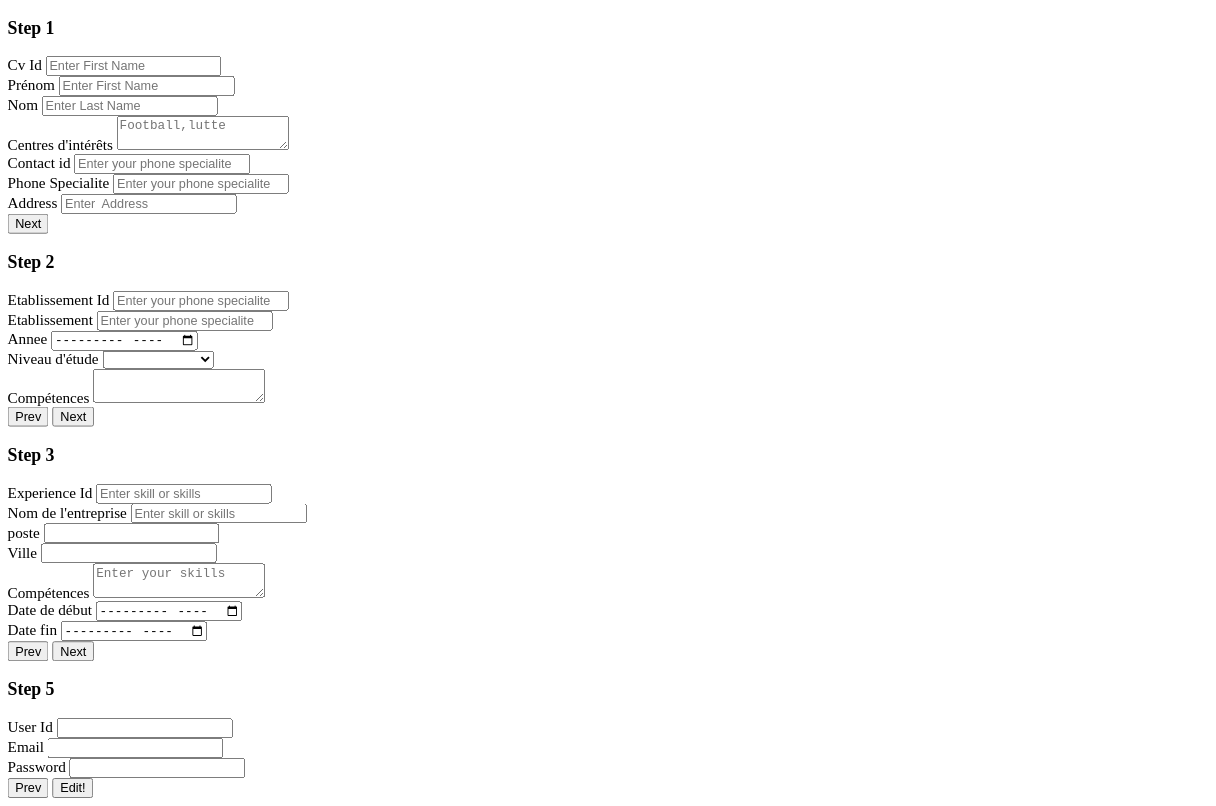
Repository: moAllElite/Examen-EJB-WEB-EAR
Page: http://localhost/SearchJobsWeb/views/edit/form.jsp
The author's editor kept a copy of each file at every save. The page is drawn from the files as they stood at one save, then again after the next save.
The browser window is 1280 px wide. The pictures show the whole page, at 95% of full size.
The page is served by Tomcat 9. Nobody is signed in. The application's start-up code is not run. Other server files are loaded and not shown. The template is opened directly, without the code that normally fills it, so the values that code supplies are empty.

Above is the page before, as saved 2023-03-27 00:45:24.

### SearchJobsWeb/src/main/webapp/views/edit/form.jsp
<%@ page language="java" contentType="text/html; charset=ISO-8859-1"
    pageEncoding="ISO-8859-1"%>
<!DOCTYPE html>
<html>
<head>
<meta charset="ISO-8859-1">
<title>Insert title here</title>
</head>
<body>
	  <div class="row setup-content" id="step-1">
            <div class="col-xs-12">
                <div class="col-md-12">
                    <h3> Step 1</h3>
                       <div class="form-group">
                        <label class="control-label">Cv Id</label>
                        <input value='${cv.id}'  type="number" name="cv_id" readonly="readonly" class="form-control" placeholder="Enter First Name"  />
                    </div>
                    <div class="form-group">
                        <label class="control-label">Prénom</label>
                        <input value='${cv.prenom}'  type="text" name="nom" required="required" class="form-control" placeholder="Enter First Name"  />
                    </div>
                    <div class="form-group">
                        <label class="control-label">Nom</label>
                        <input name="prenom" value='${ cv.nom}' type="text" required="required" class="form-control" placeholder="Enter Last Name" />
                    </div>
                    <div class="form-group">
                        <label class="control-label">Centres d'intérêts</label>
                        <textarea name="interets" maxlength="200" value="" type="text" required="required" class="form-control" placeholder="Football,lutte" >${cv.interets}</textarea>
                    </div>
                    <div class="form-group">
                        <label class="control-label">Contact id</label>
                        <input name="contact_id" value='${contact.id}' type="id" readonly="readonly"  class="form-control" placeholder="Enter your phone specialite"  required="required"/>
                    </div>
                      <div class="form-group">
                        <label class="control-label">Phone Specialite</label>
                        <input name="telephone" value='${contact.telephoneSpecialite}' type="tel"  class="form-control" placeholder="Enter your phone specialite"  required="required"/>
                    </div>
                    <div class="form-group">
                        <label class="control-label"> Address</label>
                        <input name="adresse" value='${contact.adresse }' type="text" required="required" class="form-control" placeholder="Enter  Address"  />
                    </div>
                    <button class="btn btn-primary nextBtn btn-lg pull-right" type="button" >Next</button>
                </div>
            </div>
        </div>
        <div class="row setup-content" id="step-2">
            <div class="col-xs-12">
                <div class="col-md-12">
                    <h3> Step 2</h3>
                      <div class="form-group">
                        <label class="control-label">Etablissement Id</label>
                        <input name="ecole_id" value='<c:out value="${form.id}"></c:out>'	type="number" readonly="readonly"	required="required" class="form-control" placeholder="Enter your phone specialite" />
                    </div>
                    <div class="form-group">
                        <label class="control-label">Etablissement</label>
                        <input name="ecole" value='${form.ecole}'	type="text" required="required" class="form-control" placeholder="Enter your phone specialite" />
                    </div>
                    <div class="form-group">
                        <label class="control-label"> Annee</label>
                        <input name="annee" value='${form.annee}' type="month" required="required" class="form-control" placeholder="Enter  Address"  />
                    </div>
                  <div class="form-group">
                       <label class="control-label " for="education">Niveau d'étude</label>
						<select id="education"  name="niveauEtude" required="required" class="form-control">
						  <option value="${form.niveauEtude}">${form.niveauEtude}</option>
						  <option value="bac+5">Bac+5 or higher</option>
						  <option value="bac+4">Bac+4</option>
						  <option value="bac+3">Bac+3</option>
						  <option value="bac+2">Bac+2</option>
						  <option value="bac+1">Bac+1</option>
						  <option value="bac">Bac</option>
						</select>
					</div>
					  <div class="form-group">
                        <label class="control-label"> 	Compétences</label>
                        <textarea name="annee"  type="month" required="required" class="form-control"   >${cv.skills }</textarea>
                    </div>
                    <button class="btn btn-default prevBtn btn-lg pull-left" type="button" >Prev</button>
                    <button class="btn btn-primary nextBtn btn-lg pull-right" type="button" >Next</button>
                </div>
            </div>
        </div>
        <div class="row setup-content" id="step-3">
            <div class="col-xs-12">
                <div class="col-md-12">
                    <h3> Step 3</h3>
                     <div class="form-group">
                        <label class="control-label">Experience Id</label>
                        <input name="exp_id" value='${exp.id}' type="text" readonly="readonly" class="form-control" placeholder="Enter skill or skills" />
                    </div>
                    <div class="form-group">
                        <label class="control-label">Nom de l'entreprise</label>
                        <input name="societe" value='${exp.societe}' type="text" required="required" class="form-control" placeholder="Enter skill or skills" />
                    </div>
                    <div class="form-group">
                        <label class="control-label">poste</label>
                        <input name="poste" class="form-control" value='${exp.poste}' required="required" ></input>
                    </div>
                     <div class="form-group mb-3">
                        <label class="control-label">Ville</label>
	                        <input name="ville" class="form-control" ${exp.ville}	type="text"  required="required"></input>
	                 </div>
	                  <div class="form-group">
                        <label class="control-label">Compétences</label>
                        <textarea name="skills" type="text" class="form-control" placeholder="Enter your skills" required="required" ></textarea>
                    </div>
	                  <div class="form-group mb-3">
	                      <label class="control-label m-3" >Date de début<label>
	                    <input name="datefn" class="form-control m-3" value='${exp.datedb}'  type="month" required="required" ></input>
					</div>
					   <div class="form-group">
						<label class="control-label m-3" >Date fin<label>
                        <input   name="datedb" type="month"	class="form-control m-3" value='${exp.datefn}'	 required="required"></input>
                    </div>
                    <button class="btn btn-default prevBtn btn-lg pull-left" type="button" >Prev</button>
                    <button class="btn btn-primary nextBtn btn-lg pull-right" type="button" >Next</button>
                </div>
            </div>
        </div>

        <div class="row setup-content" id="step-5">
        <div class="col-xs-12">
            <div class="col-md-12">
                    <h3> Step 5</h3>
                       <div class="form-group">
                        <label class="control-label">User Id</label>
                        <input name="user_id" maxlength="200" type="number"   value='${user.id}'  readonly="readonly" class="form-control" placeholder="${user.id}" />
                    </div>
                   <div class="form-group">
                        <label class="control-label">Email</label>
                        <input name="email" maxlength="200" type="email"   value='${user.email}'  readonly="readonly" class="form-control" placeholder="${user.email}" />
                    </div>
                    <div class="form-group">
                        <label class="control-label">Password</label>
                        <input name="password"    value='${user.password}'  class="form-control" required="required"  placeholder="${user.password}" />
                    </div>
                    <button class="btn btn-default prevBtn btn-lg pull-left" type="button" >Prev</button>
                    <button class="btn btn-success btn-lg pull-right" type="submit">Edit!</button>
                </div>
            </div>
        </div>
</body>
</html>

After the next save:
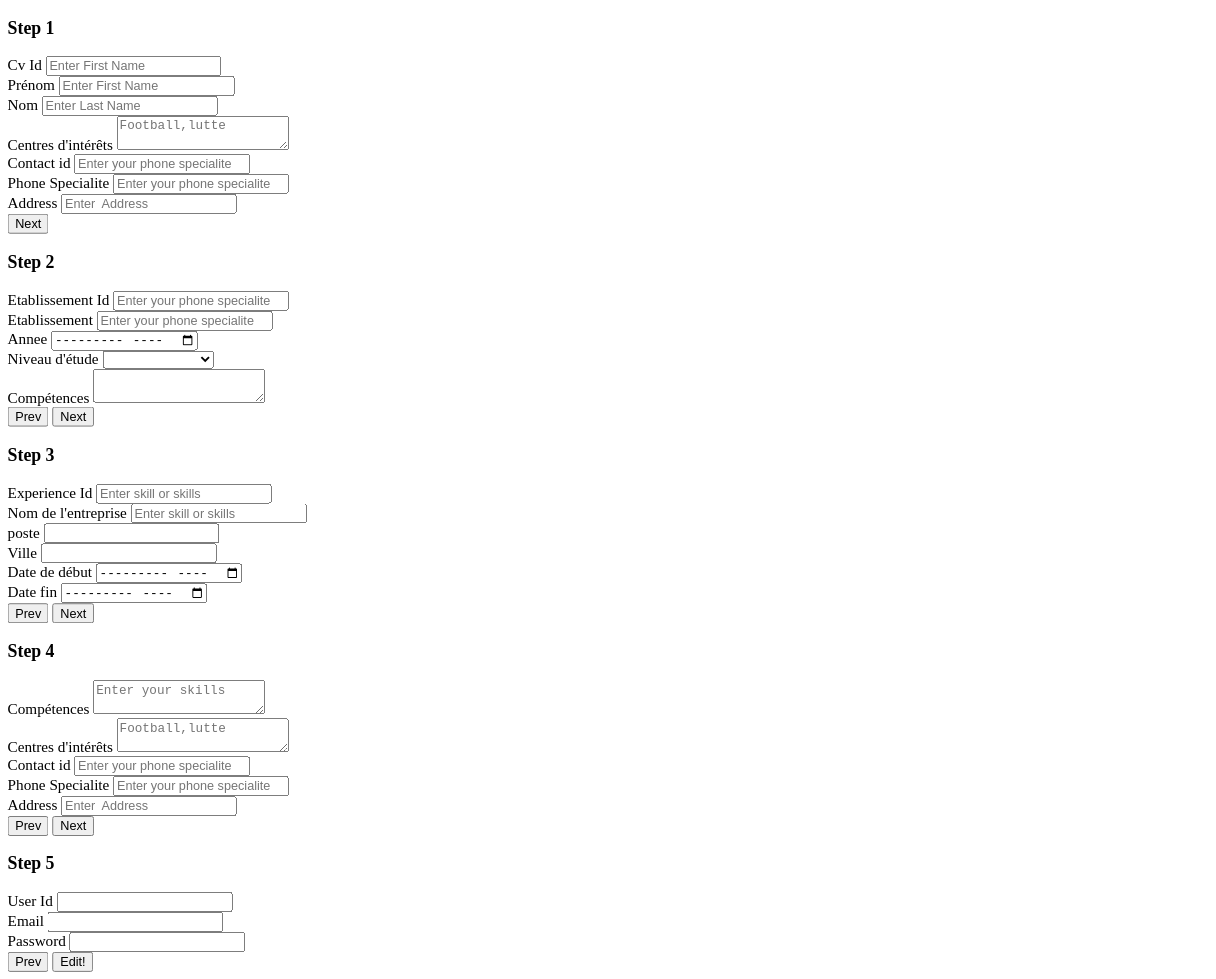
Saved 117 s later.
--- a/SearchJobsWeb/src/main/webapp/views/edit/form.jsp
+++ b/SearchJobsWeb/src/main/webapp/views/edit/form.jsp
@@ -100,10 +100,7 @@
                         <label class="control-label">Ville</label>
 	                        <input name="ville" class="form-control" ${exp.ville}	type="text"  required="required"></input>
 	                 </div>
-	                  <div class="form-group">
-                        <label class="control-label">Compétences</label>
-                        <textarea name="skills" type="text" class="form-control" placeholder="Enter your skills" required="required" ></textarea>
-                    </div>
+
 	                  <div class="form-group mb-3">
 	                      <label class="control-label m-3" >Date de début<label>
 	                    <input name="datefn" class="form-control m-3" value='${exp.datedb}'  type="month" required="required" ></input>
@@ -117,7 +114,35 @@
                 </div>
             </div>
         </div>
-
+         <div class="row setup-content" id="step-1">
+            <div class="col-xs-12">
+                <div class="col-md-12">
+                    <h3> Step 4</h3>
+                      <div class="form-group">
+                        <label class="control-label">Compétences</label>
+                        <textarea name="skills" type="text" class="form-control" placeholder="Enter your skills" required="required" ></textarea>
+                    </div>
+                    <div class="form-group">
+                        <label class="control-label">Centres d'intérêts</label>
+                        <textarea name="interets" maxlength="200" value="" type="text" required="required" class="form-control" placeholder="Football,lutte" >${cv.interets}</textarea>
+                    </div>
+                    <div class="form-group">
+                        <label class="control-label">Contact id</label>
+                        <input name="contact_id" value='${contact.id}' type="id" readonly="readonly"  class="form-control" placeholder="Enter your phone specialite"  required="required"/>
+                    </div>
+                      <div class="form-group">
+                        <label class="control-label">Phone Specialite</label>
+                        <input name="telephone" value='${contact.telephoneSpecialite}' type="tel"  class="form-control" placeholder="Enter your phone specialite"  required="required"/>
+                    </div>
+                    <div class="form-group">
+                        <label class="control-label"> Address</label>
+                        <input name="adresse" value='${contact.adresse }' type="text" required="required" class="form-control" placeholder="Enter  Address"  />
+                    </div>
+                    <button class="btn btn-default prevBtn btn-lg pull-left" type="button" >Prev</button>
+                    <button class="btn btn-primary nextBtn btn-lg pull-right" type="button" >Next</button>
+                </div>
+            </div>
+        </div>
         <div class="row setup-content" id="step-5">
         <div class="col-xs-12">
             <div class="col-md-12">
